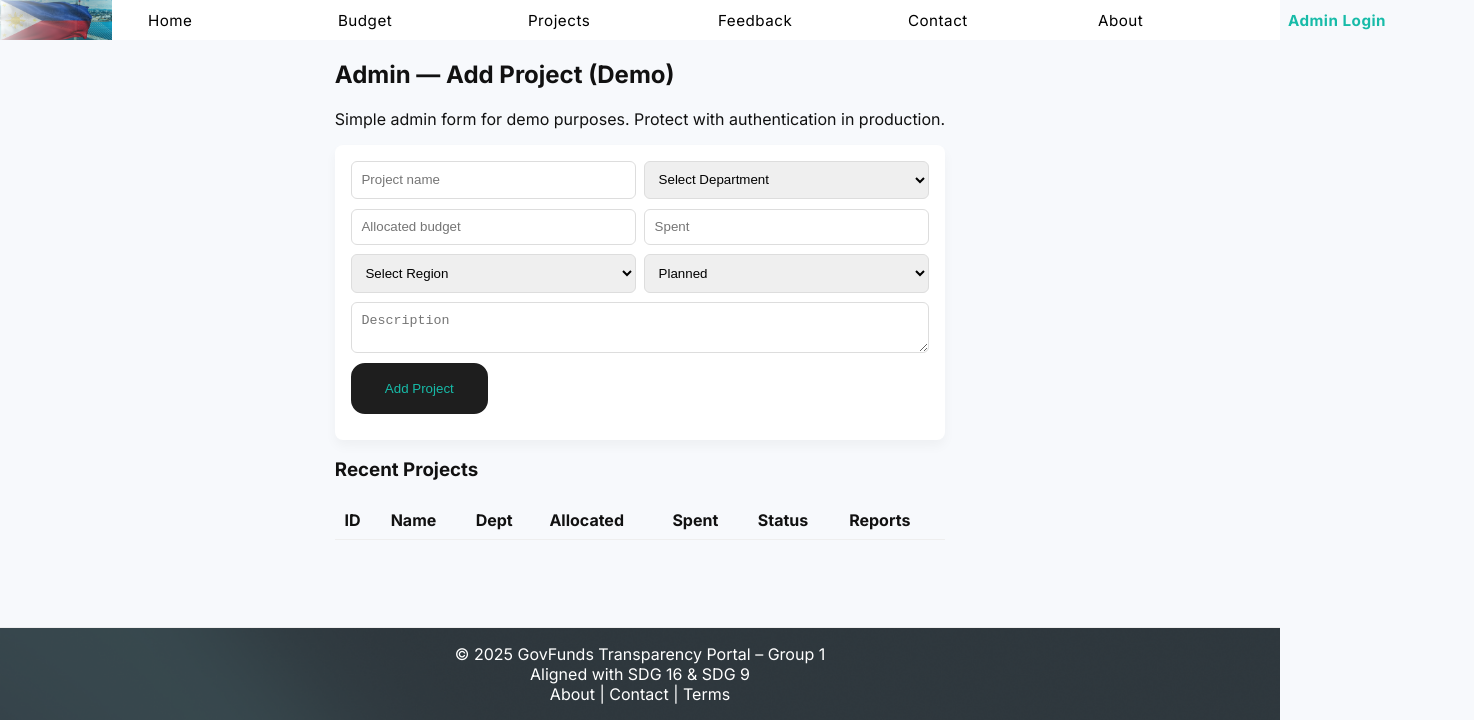
Repository: efren319/GovFunds
Page: http://localhost/admin
These files come from the project's save history. The page is drawn as it stood at one moment and after the next save; the edit follows.
The browser window is 1280 px wide. The page is 1474 px wide, then 1420 px, so the pictures cover 1474 px, including what lies to the right of the window. The pictures show the whole page.
Some web fonts or font styles are not loaded; a fallback is used. The page is served by the project's application, run on Flask 3 (app.py).

Above is the page before, as saved 2025-11-18 09:02:21.

After the next save:
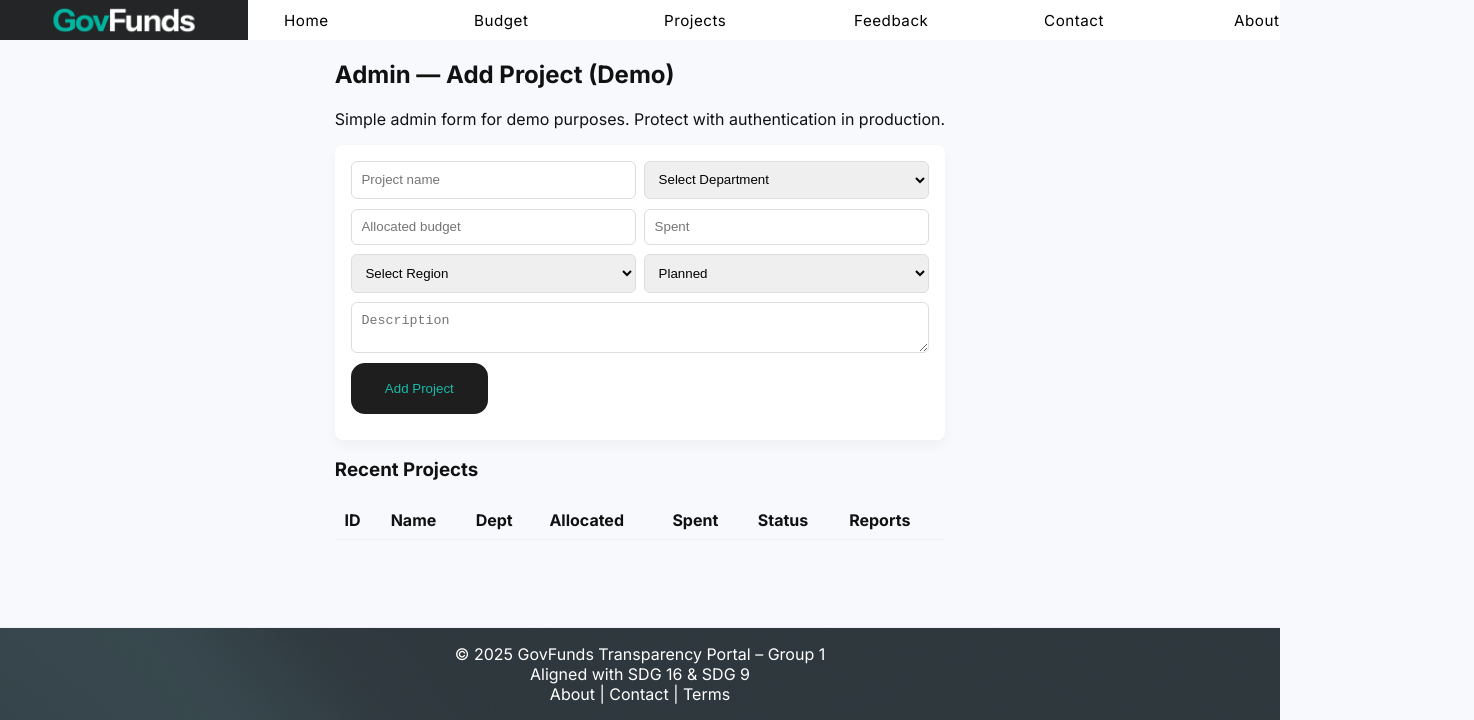
Saved 7 s later.
--- a/templates/base.html
+++ b/templates/base.html
@@ -13,7 +13,7 @@
 </head>
 <body>
   <header class="nav">
-    <div class="logo"><a href="{{ url_for('home') }}"><img src="{{ url_for('static', filename='/static/images/home_bg.png') }}" alt="GovFunds Logo"></a></div>
+    <div class="logo"><a href="{{ url_for('home') }}"><img src="{{ url_for('static', filename='images/logo.png') }}" alt="GovFunds Logo"></a></div>
     <div class="nav-inner">
       <nav>
         <a href="{{ url_for('home') }}">Home</a>
@@ -25,8 +25,6 @@
         {% if session.get('admin_user') %}
         <a href="{{ url_for('admin') }}" class="admin-link">Admin</a>
         <a href="{{ url_for('logout') }}" class="logout-link">Logout</a>
-        {% else %}
-        <a href="{{ url_for('login') }}" class="admin-link">Admin Login</a>
         {% endif %}
       </nav>
     </div>
